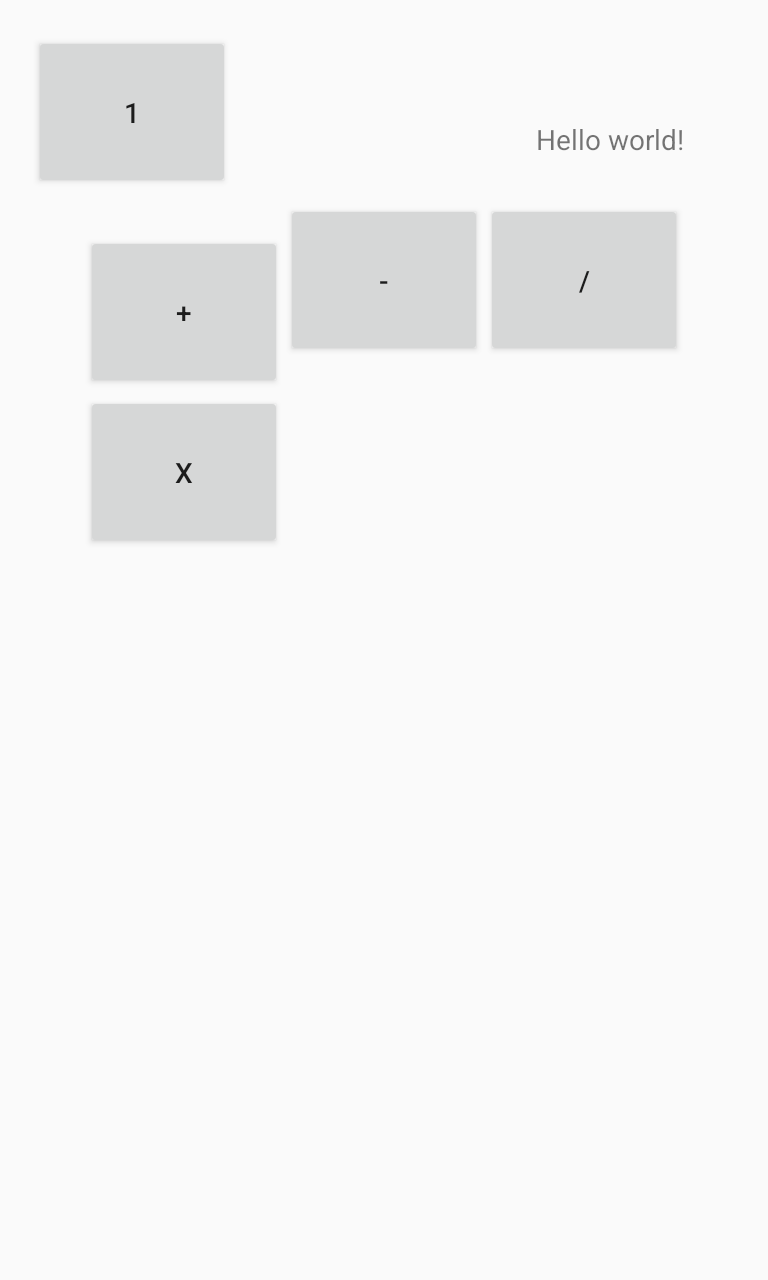
Repository: expensivecow/Calculator
Layout: Calculator_Implementation/res/layout/activity_main.xml
An editor plug-in stored every save of this project. The layout is shown before and after the next save, followed by the edit.
It is drawn on a 768 x 1280 px phone screen (xhdpi) without system bars, with theme AppTheme; the app's code is not run.

Above is the layout before, as saved 2014-09-21 01:24:05.

After the next save:
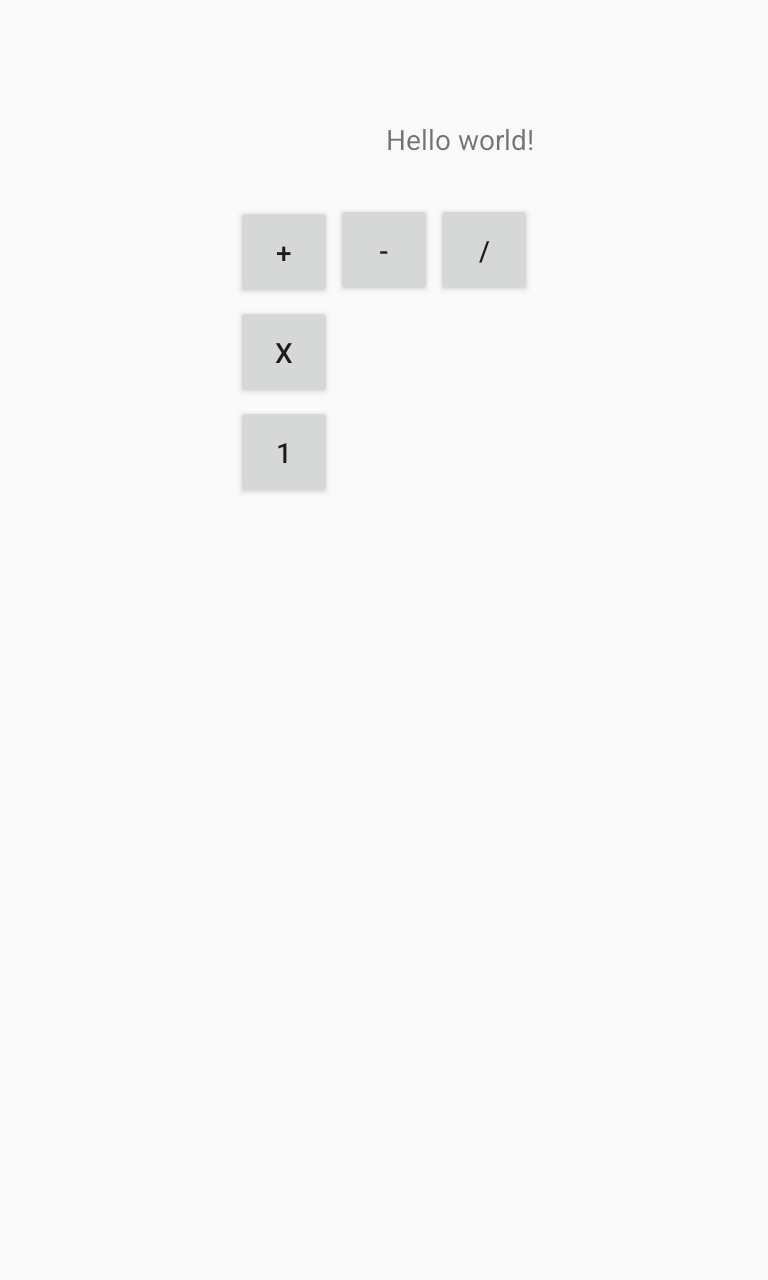
Saved 73 s later.
--- a/Calculator_Implementation/res/layout/activity_main.xml
+++ b/Calculator_Implementation/res/layout/activity_main.xml
@@ -19,8 +19,8 @@
 
     <Button
         android:id="@+id/bDiv"
-        android:layout_width="100dp"
-        android:layout_height="80dp"
+        android:layout_width="50dp"
+        android:layout_height="50dp"
         android:layout_alignTop="@+id/bSub"
         android:layout_toRightOf="@+id/bSub"
         android:text="@string/divoperator"
@@ -28,8 +28,8 @@
 
     <Button
         android:id="@+id/bMul"
-        android:layout_width="100dp"
-        android:layout_height="80dp"
+        android:layout_width="50dp"
+        android:layout_height="50dp"
         android:layout_alignLeft="@+id/bAdd"
         android:layout_alignRight="@+id/bAdd"
         android:layout_below="@+id/bAdd"
@@ -37,8 +37,8 @@
 
     <Button
         android:id="@+id/bAdd"
-        android:layout_width="100dp"
-        android:layout_height="80dp"
+        android:layout_width="50dp"
+        android:layout_height="50dp"
         android:layout_alignBaseline="@+id/bSub"
         android:layout_alignBottom="@+id/bSub"
         android:layout_toLeftOf="@+id/bSub"
@@ -47,8 +47,8 @@
 
     <Button
         android:id="@+id/bSub"
-        android:layout_width="100dp"
-        android:layout_height="80dp"
+        android:layout_width="50dp"
+        android:layout_height="50dp"
         android:layout_below="@+id/DisplayResult"
         android:layout_centerHorizontal="true"
         android:layout_marginTop="21dp"
@@ -57,9 +57,10 @@
 
     <Button
         android:id="@+id/bOne"
-        android:text="@string/one"
-        android:layout_width="100dp"
-        android:layout_height="80dp"
-        />
+        android:layout_width="50dp"
+        android:layout_height="50dp"
+        android:layout_below="@+id/bMul"
+        android:layout_toLeftOf="@+id/bSub"
+        android:text="@string/one" />
 
 </RelativeLayout>
